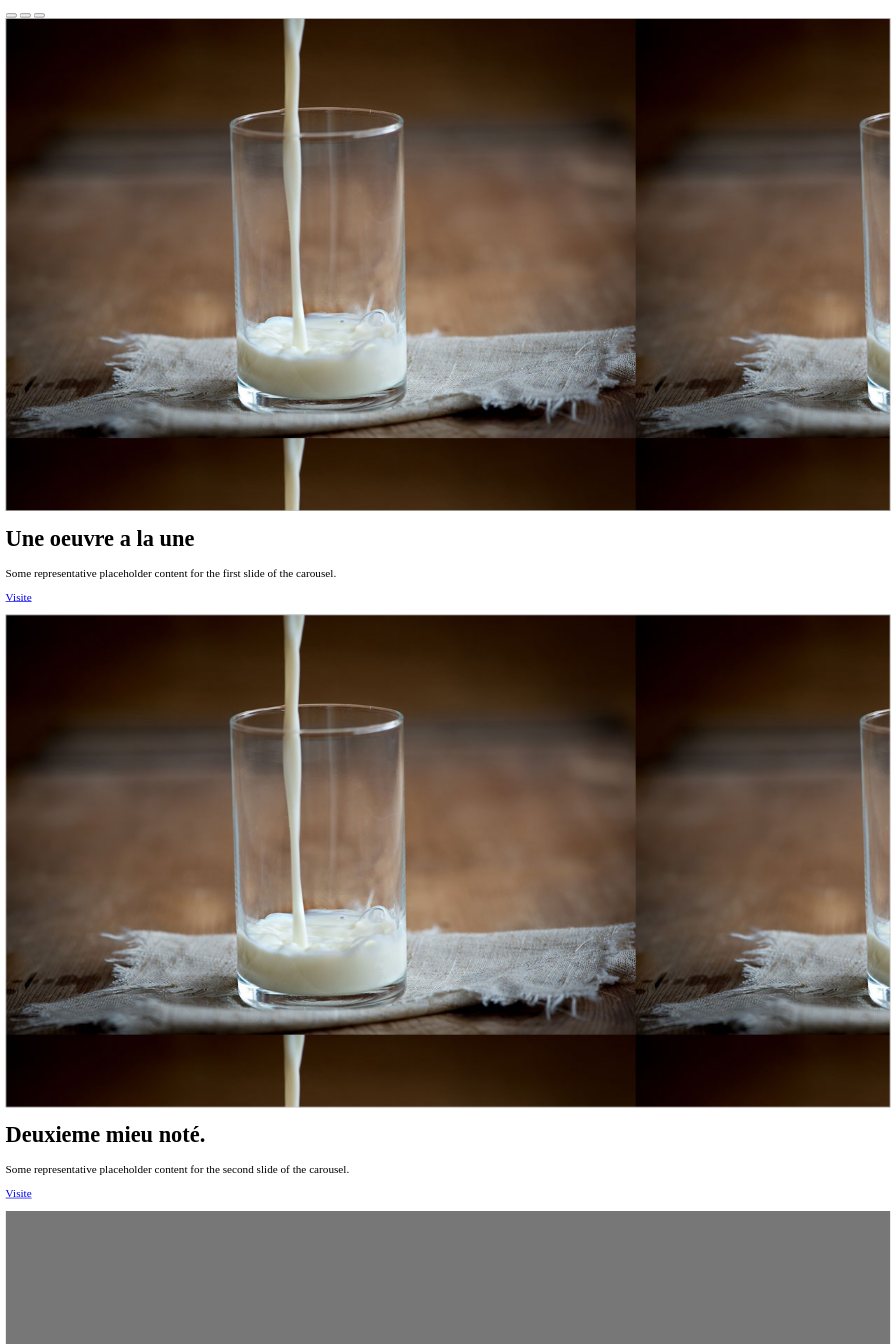
Repository: Amedee7/mypain
Page: templates/home/welcome.html.twig
An editor plug-in stored every save of this project. The page is shown before and after the next save, followed by the edit.
The browser window is 1280 px wide. The pictures show the part of the page from y = 0 to 1920 px (the page is 2611 px tall), at 70% of full size.
The page is a Twig template of a Symfony application; nobody is signed in and links lead nowhere. The template is opened directly, without the code that normally fills it, so the values that code supplies are empty.

Above is the page before, as saved 2022-04-04 09:37:57.

### templates/home/welcome.html.twig
<div id="myCarousel" class="carousel slide" data-bs-ride="carousel">
	<div class="carousel-indicators">
		<button type="button" data-bs-target="#myCarousel" data-bs-slide-to="0" class="active" aria-current="true" aria-label="Slide 1"></button>
		<button type="button" data-bs-target="#myCarousel" data-bs-slide-to="1" aria-label="Slide 2"></button>
		<button type="button" data-bs-target="#myCarousel" data-bs-slide-to="2" aria-label="Slide 3"></button>
	</div>
	<div class="carousel-inner">
		<div class="carousel-item active">
			<img class="bd-placeholder-img" width="100%" height="100%" style="background-image: url('/img/placeholder.jpg');" aria-hidden="true" preserveaspectratio="xMidYMid slice" focusable="false"><rect width="100%" height="100%" fill="#777"/>

			<div class="container">
				<div class="carousel-caption text-start">
					<h1>Une oeuvre a la une</h1>
					<p>Some representative placeholder content for the first slide of the carousel.</p>
					<p>
						<a class="btn btn-lg btn-primary" href="#">Visite</a>
					</p>
				</div>
			</div>
		</div>
		<div class="carousel-item">
			<img class="bd-placeholder-img" width="100%" height="100%" style="background-image: url('/img/placeholder.jpg');" aria-hidden="true" preserveaspectratio="xMidYMid slice" focusable="false"><rect width="100%" height="100%" fill="#777"/>

			<div class="container">
				<div class="carousel-caption">
					<h1>Deuxieme mieu noté.</h1>
					<p>Some representative placeholder content for the second slide of the carousel.</p>
					<p>
						<a class="btn btn-lg btn-primary" href="#">Visite</a>
					</p>
				</div>
			</div>
		</div>
		<div class="carousel-item">
			<svg class="bd-placeholder-img" width="100%" height="100%" xmlns="http://www.w3.org/2000/svg" aria-hidden="true" preserveaspectratio="xMidYMid slice" focusable="false"><rect width="100%" height="100%" fill="#777"/></svg>

			<div class="container">
				<div class="carousel-caption text-end">
					<h1>Troisième meilleur oeuvre.</h1>
					<p>Some representative placeholder content for the third slide of this carousel.</p>
					<p>
						<a class="btn btn-lg btn-primary" href="#">Visite</a>
					</p>
				</div>
			</div>
		</div>
	</div>
	<button class="carousel-control-prev" type="button" data-bs-target="#myCarousel" data-bs-slide="prev">
		<span class="carousel-control-prev-icon" aria-hidden="true"></span>
		<span class="visually-hidden">Previous</span>
	</button>
	<button class="carousel-control-next" type="button" data-bs-target="#myCarousel" data-bs-slide="next">
		<span class="carousel-control-next-icon" aria-hidden="true"></span>
		<span class="visually-hidden">Next</span>
	</button>
</div>

After the next save:
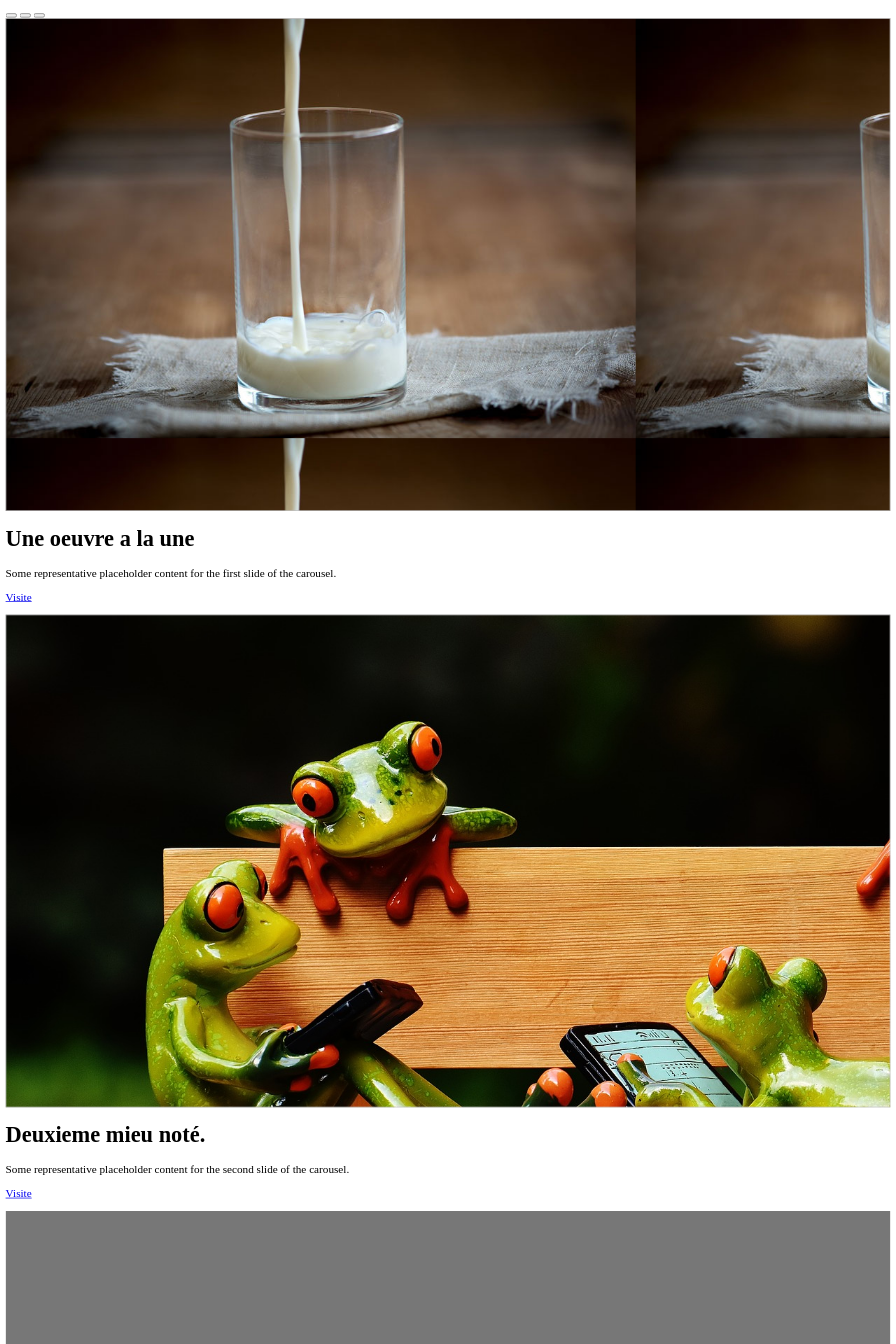
Saved 9 s later.
--- a/templates/home/welcome.html.twig
+++ b/templates/home/welcome.html.twig
@@ -19,7 +19,7 @@
 			</div>
 		</div>
 		<div class="carousel-item">
-			<img class="bd-placeholder-img" width="100%" height="100%" style="background-image: url('/img/placeholder.jpg');" aria-hidden="true" preserveaspectratio="xMidYMid slice" focusable="false"><rect width="100%" height="100%" fill="#777"/>
+			<img class="bd-placeholder-img" width="100%" height="100%" style="background-image: url('/img/img_1.jpg');" aria-hidden="true" preserveaspectratio="xMidYMid slice" focusable="false"><rect width="100%" height="100%" fill="#777"/>
 
 			<div class="container">
 				<div class="carousel-caption">
